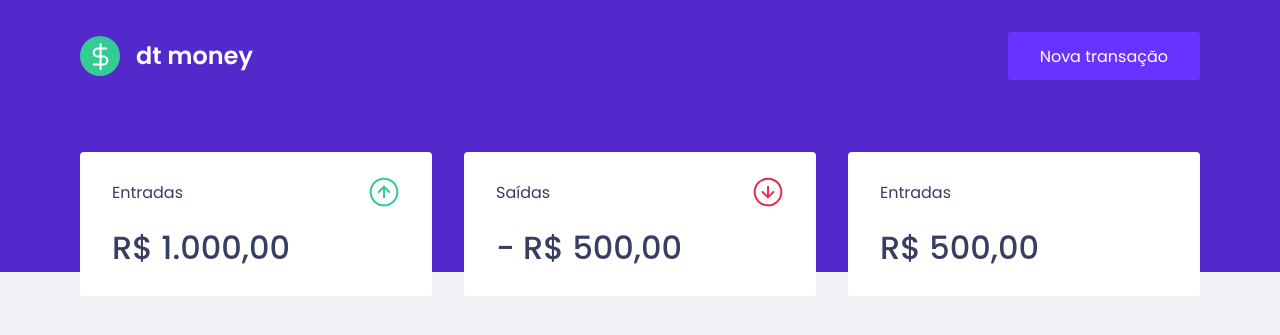
Repository: lucaslopesdevv/dtmoney
Page: /
An editor plug-in stored every save of this project. The page is shown before and after the next save, followed by the edit.
The browser window is 1280 px wide. The pictures show the whole page.
The project was rebuilt for these pictures with package versions that can differ from the ones it lists, and the page was loaded fresh each time.

Above is the page before, as saved 2021-12-06 21:24:56.

After the next save:
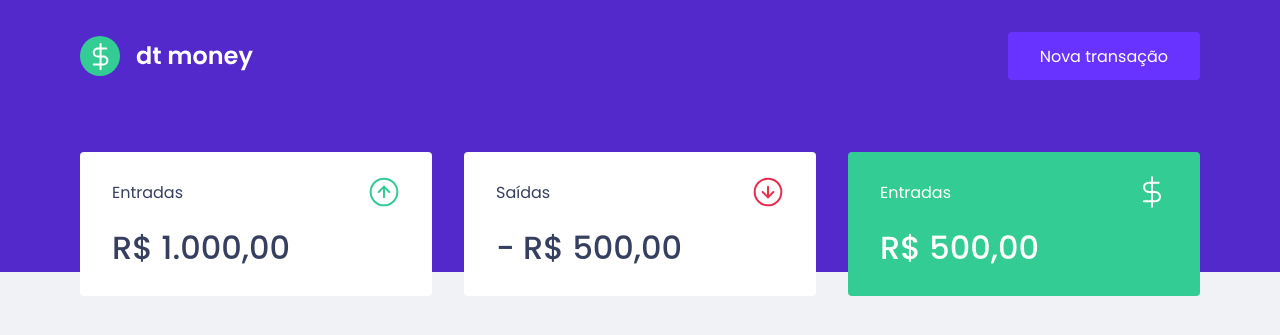
Saved 52 s later.
--- a/src/components/Summary/styles.ts
+++ b/src/components/Summary/styles.ts
@@ -11,7 +11,7 @@ export const Container = styled.div`
         padding: 1.5rem 2rem;
         border-radius: 0.25rem;
         color: var(--text-title);
-    }
+
 
     header{
         display: flex;
@@ -31,4 +31,5 @@ export const Container = styled.div`
         background: var(--green);
         color: #FFF;
     }
+}
 `;
